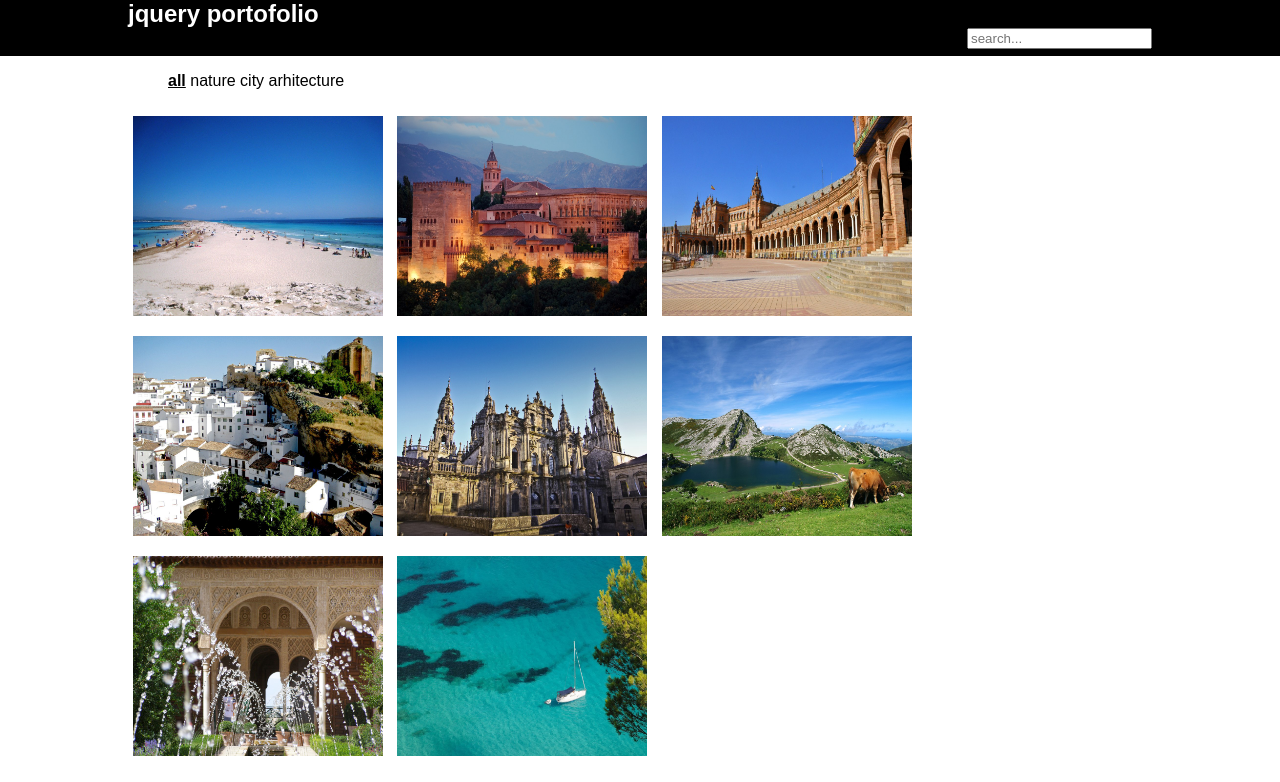
Repository: cpatrut/spring
Page: http://localhost/sparta/home.jsp
These files come from the project's save history. The page is drawn as it stood at one moment and after the next save; the edit follows.
The browser window is 1280 px wide. The pictures show the whole page.
The page is served by Tomcat 9.

Above is the page before, as saved 2015-06-14 12:57:52.

After the next save:
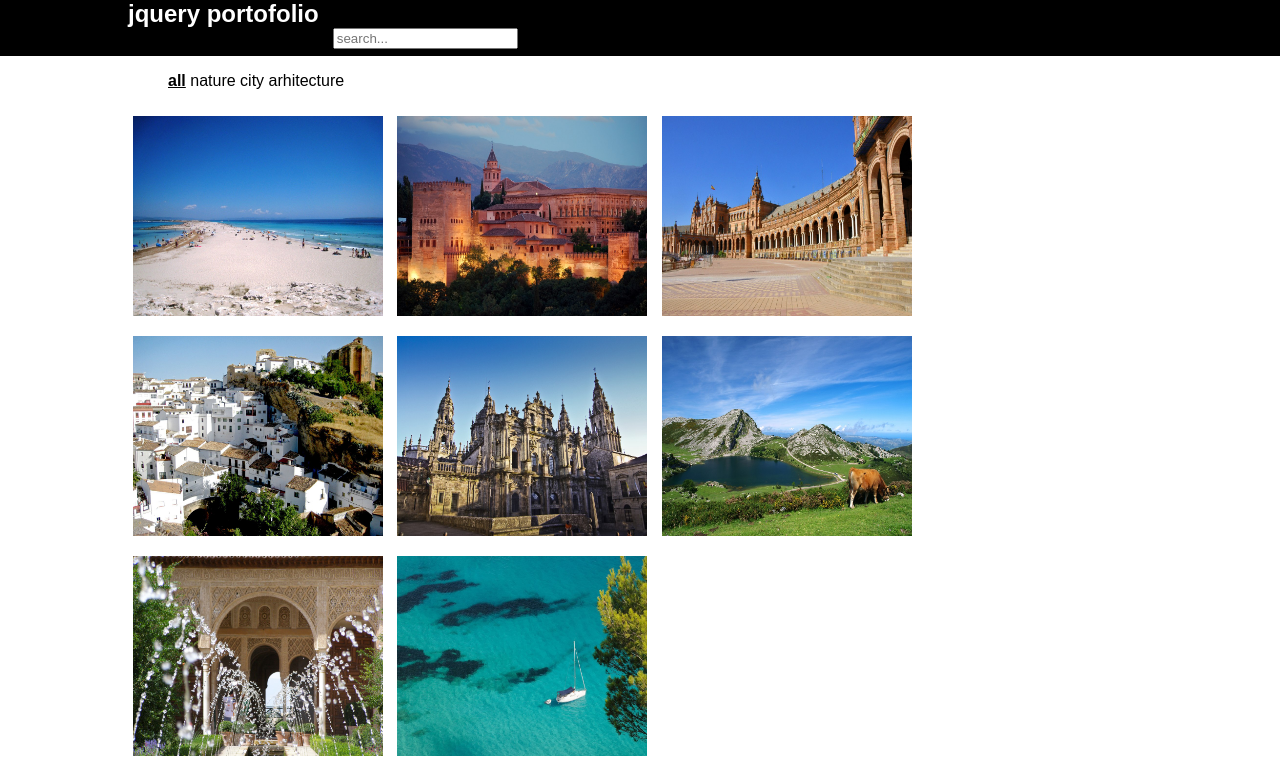
Saved 23 s later.
--- a/sparta/WebContent/home.jsp
+++ b/sparta/WebContent/home.jsp
@@ -23,7 +23,7 @@
 	<div id="header">
 		<div id="menu">
 			<h2>jquery portofolio</h2>
-			<input id="search" type="text" style="float:right;" placeholder="search..."/>
+			<input id="search" type="text" style="position:relative;left:20%;" placeholder="search..."/>
 		</div>
 	</div>
 	<div id="overlay">
